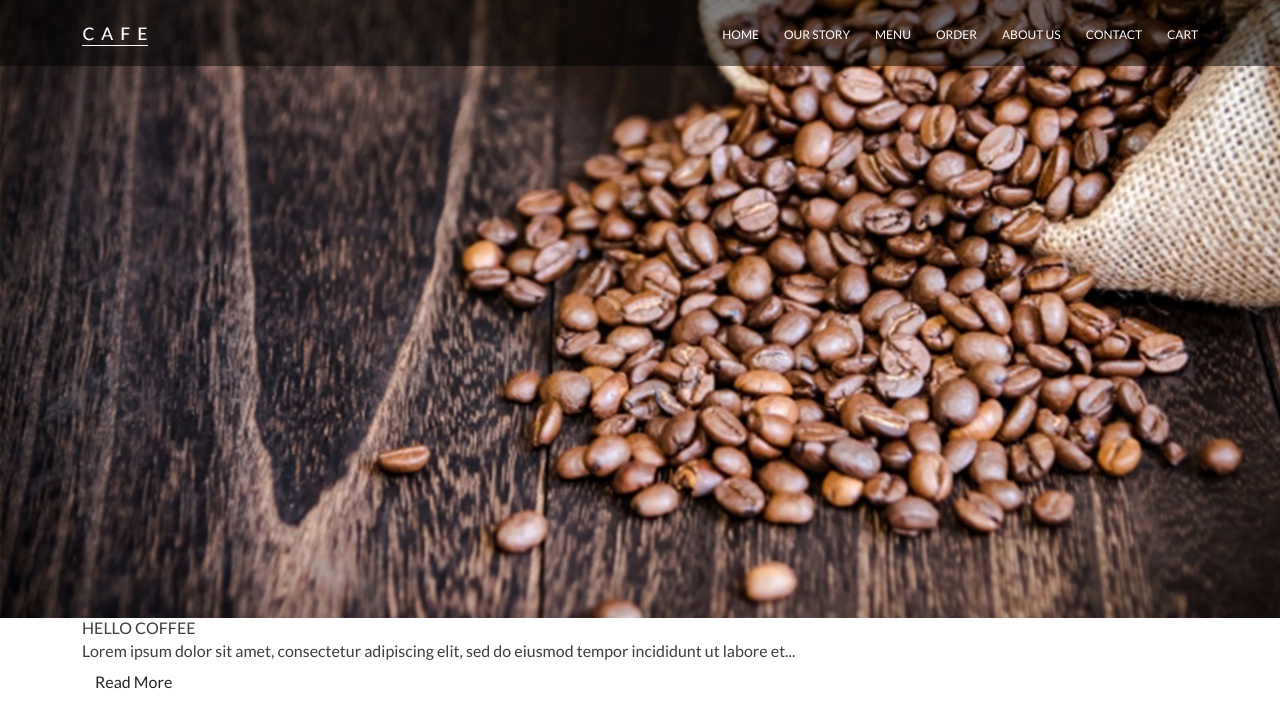
Repository: kuluong2000/coffe
Page: index.html
An editor plug-in stored every save of this project. The page is shown before and after the next save, followed by the edit.
The browser window is 1280 px wide. The pictures show the whole page.

Above is the page before, as saved 2021-10-01 15:23:45.

### index.html
<!DOCTYPE html>
<html lang="en">
  <head>
    <meta charset="UTF-8" />
    <meta http-equiv="X-UA-Compatible" content="IE=edge" />
    <meta name="viewport" content="width=device-width, initial-scale=1.0" />
    <link rel="stylesheet" href="./libs/css/bootstrap.min.css" />
    <link rel="stylesheet" href="./libs/css/animate.css" />
    <link rel="stylesheet" href="./libs/css/slick-theme.css" />
    <link rel="stylesheet" href="./libs/css/slick.css" />
    <link rel="stylesheet" href="./Assets/css/reset.css" />
    <link rel="stylesheet" href="./Assets/css/style.css" />
    <link rel="stylesheet" href="./Assets/css/responsive.css" />
    <title>Document</title>
  </head>
  <body>
    <header class="header">
      <div class="container">
        <div class="row">
          <div class="header-main">
            <div class="header-menu">
              <a href="#">
                <img src="./Assets/image/logo.png" alt="" srcset="" />
              </a>
            </div>
            <nav>
              <ul class="header-menu">
                <li class="header-menu-item"><a href="#" class="header-menu-link">Home</a></li>
                <li class="header-menu-item"><a href="#" class="header-menu-link">Our Story</a></li>
                <li class="header-menu-item"><a href="#" class="header-menu-link">Menu</a></li>
                <li class="header-menu-item"><a href="#" class="header-menu-link">Order</a></li>
                <li class="header-menu-item"><a href="#" class="header-menu-link">About Us</a></li>
                <li class="header-menu-item"><a href="#" class="header-menu-link">Contact</a></li>
                <li class="header-menu-item"><a href="#" class="header-menu-link">Cart</a></li>
              </ul>
            </nav>
          </div>
        </div>
      </div>
    </header>
    <main>
      <section class="banner">
        <div class="banner-img">
          <img src="./Assets/image/banner.jpg" alt="" srcset="" />
        </div>
        <div class="container">
          <div class="row">
            <div class="banner-main">
              <div class="banner-content">
                <h1 class="banner-heading">HELLO COFFEE</h1>
                <p class="banner-desc">Lorem ipsum dolor sit amet, consectetur adipiscing elit, sed do eiusmod tempor incididunt ut labore et...</p>
                <a href="#" class="btn"> Read More </a>
              </div>
            </div>
          </div>
        </div>
      </section>
    </main>

    <script src="./libs/Js/jquery-3.5.1.slim.min.js"></script>
    <script src="./libs/Js/bootstrap.min.js"></script>
    <script src="./libs/Js/slick.min.js"></script>
    <script src="./libs/Js/wow.js"></script>
  </body>
</html>

### Assets/css/reset.css
html, body, div, span, applet, object, iframe,
h1, h2, h3, h4, h5, h6, p, blockquote, pre,
a, abbr, acronym, address, big, cite, code,
del, dfn, em, img, ins, kbd, q, s, samp,
small, strike, strong, sub, sup, tt, var,
b, u, i, center,
dl, dt, dd, ol, ul, li,
fieldset, form, label, legend,
table, caption, tbody, tfoot, thead, tr, th, td,
article, aside, canvas, details, embed,
figure, figcaption, footer, header, hgroup,
menu, nav, output, ruby, section, summary,
time, mark, audio, video {
	margin: 0;
	padding: 0;
	border: 0;
	font-size: 100%;
	vertical-align: baseline;
}
/* HTML5 display-role reset for older browsers */
article, aside, details, figcaption, figure,
footer, header, hgroup, menu, nav, section {
	display: block;
}
* {
	box-sizing: border-box;
}
body {
	line-height: 1;
  font-family: 'Muli', sans-serif;


  font-style: normal;
  font-weight: normal;
  font-size: 16px;
  line-height: 32px;
}
ol, ul {
	list-style: none;
}
blockquote, q {
	quotes: none;
}
blockquote:before, blockquote:after,
q:before, q:after {
	content: '';
	content: none;
}
table {
	border-collapse: collapse;
	border-spacing: 0;
}

img {
  max-width: 100%;
	vertical-align: bottom;
}
a {
	outline: none;
}

### Assets/css/style.css
@import url('https://fonts.googleapis.com/css2?family=Lato:ital,wght@0,400;0,700;0,900;1,300;1,400;1,700;1,900&display=swap');
body{
    font-family: 'Lato', sans-serif;
    font-size: 16px;
    line-height: 1.6;
    color: #3d3d3d;
    font-weight: 400;
}
.header{
    position: absolute;
    width: 100%;
    background-color: rgba(0,0,0 , 0.5);
    padding: 20px 0 20px;
}
.header-main{
    display:flex;
    justify-content: space-between;
    align-items: center;
}
.header-menu{
    display:flex;
    justify-content: space-between;
    align-items: center;
}
.header-menu-item{
    list-style-type: none;
}
.header-menu-item:not(:first-child){
    margin-left: 25px;
}
.header-menu-link{
    position: relative;
    color: white;
    text-transform: uppercase;
    text-decoration: none;
    font-size: 12px;
    padding-bottom: 7px;

}
.header-menu-link::before{
    content: '';
    position: absolute;
    bottom: 0;
    left:  0;
    height: 2px;
    width: 100%;
    background-color: #c3a281;
    transform: scale(0);
    transition: 0.5s;
    transform-origin: right;
}
.header-menu-link:hover,
.header-menu-link:hover::before{
    color: #c3a281;
    transform: scale(1);
}
.banner{
    position: relative;
    min-height: 660px;
}
.banner-img{
    position: relative;
    z-index: -1;
    object-fit: cover;
    width: 100%;
}
.banner-img img{
    width: 100%;
}

### Assets/css/responsive.css
@media (min-width:1400px){
    .container{
        max-width: 1170px;
    }
}

Loaded but not shown: libs/css/bootstrap.min.css (library); libs/css/animate.css (library); libs/css/slick-theme.css (library); libs/css/slick.css (common file); libs/Js/jquery-3.5.1.slim.min.js (library); libs/Js/bootstrap.min.js (library); libs/Js/slick.min.js (library); libs/Js/wow.js (library)

After the next save:
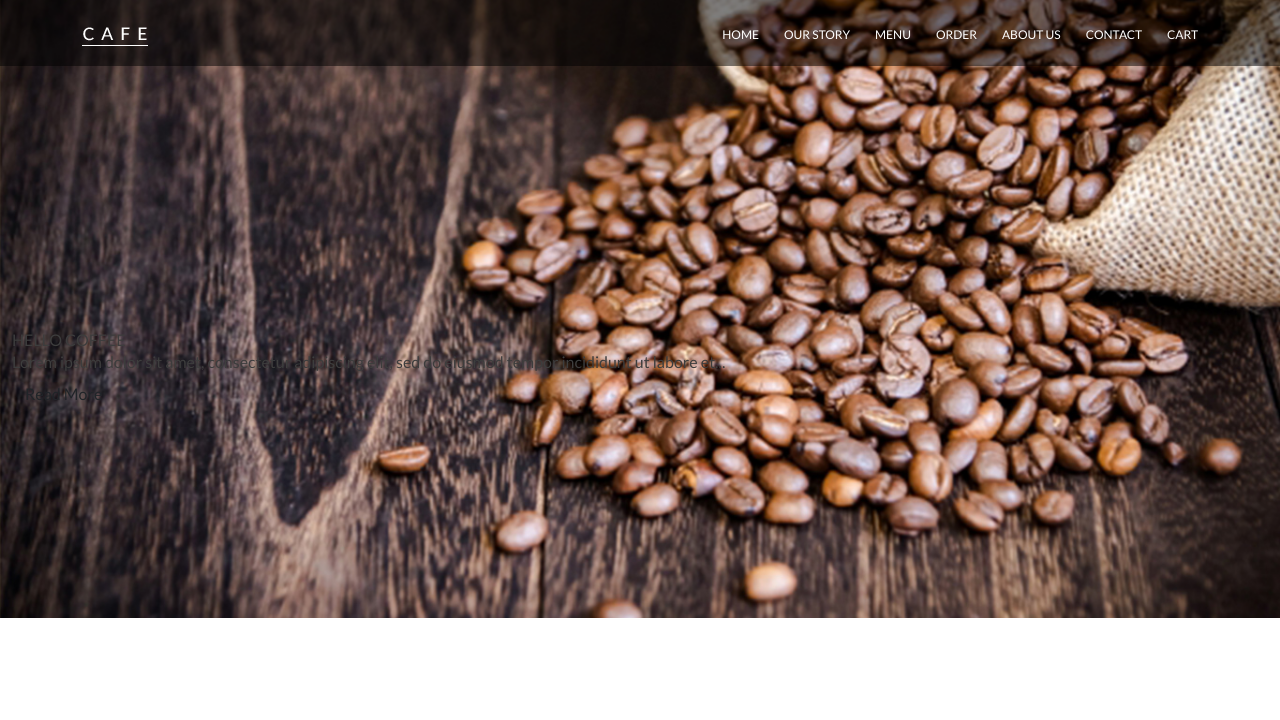
Saved 48 s later.
--- a/Assets/css/style.css
+++ b/Assets/css/style.css
@@ -67,3 +67,9 @@ body{
 .banner-img img{
     width: 100%;
 }
+.banner-main{
+    position: absolute;
+    left: 0;
+    top: 50%;
+
+}
